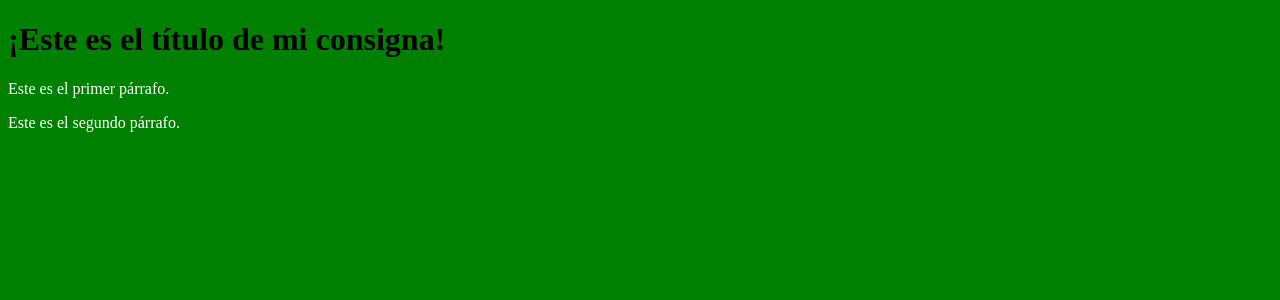
Repository: ScoggoDev/DesarrolloWeb
Page: web dev/index.html
These files come from the project's save history. The page is drawn as it stood at one moment and after the next save; the edit follows.
The browser window is 1280 px wide. The pictures show the whole page.

Above is the page before, as saved 2021-06-26 00:17:54.

After the next save:
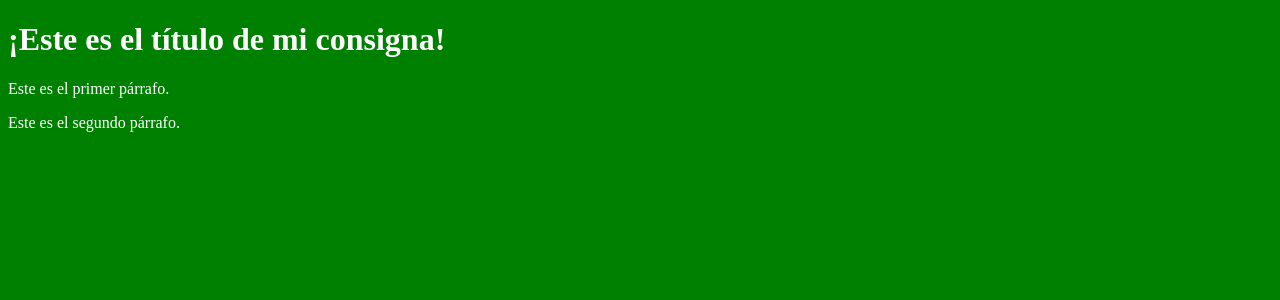
Saved 9 s later.
--- a/web dev/styles.css
+++ b/web dev/styles.css
@@ -2,7 +2,7 @@ body {
     background-color: green;
 }
 
-h {
+h1 {
     color: white;
 }
 
